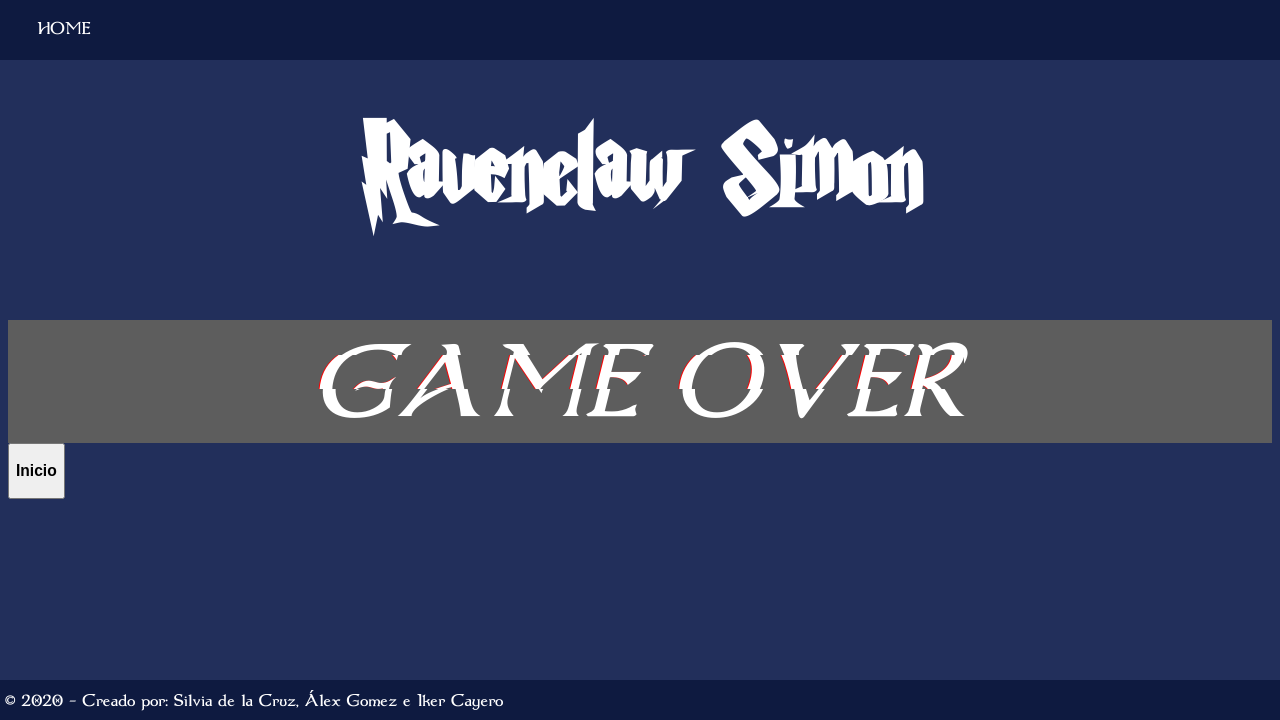
Repository: alexgomezdev/RavenclawSimon
Page: http://localhost/gameOver.php
An editor plug-in stored every save of this project. The page is shown before and after the next save, followed by the edit.
The browser window is 1280 px wide. The pictures show the whole page.
The page is run by PHP 8.4 with error messages shown; the project is at /var/www/html/.

Above is the page before, as saved 2020-10-23 17:38:11.
Console error: SyntaxError: Unexpected token '}'

### gameOver.php
<!DOCTYPE html>
<html>
<head>
    <meta charset="UTF-8">
    <title>Ravenclaw Simon</title>
    <link rel="stylesheet" href="templates/gameOver.css">
    <link rel="stylesheet" href="templates/general.css">
</head>
<body>
    <header>
        <div id="home_link_div">
            <a href="index.php" id="home_link">HOME</a>
        </div>
    </header>
    <main>
        <div id="title">
            <h1>Ravenclaw Simon</h1>
        </div>
        <div class="container">
            <div id="scroll">
                <div class="message" data-text="GAME OVER">GAME OVER</div>
            </div>
        </div>
        <div id="button_div">
            <button id="button_play"><h3>Inicio</h3></button>
        </div>
    </main>
    <footer>
        <div id="footer_content">
            &#0169 2020 - Creado por: Silvia de la Cruz, Álex Gomez e Iker Cayero
        </div>
    </footer>
	<script type="text/javascript" src="main.js"></script>
</body>
</html>

### templates/gameOver.css
@font-face {
  font-family: "Dumbledore";
  src: url("../templates/typography/dumbledor.1.ttf") format("truetype");
}

.container {
  text-align: center;
}

#scroll {
  background-color: #5d5d5d;
}

.message {
  font-style: italic;
  font-size: 120px;
  font-family: "Dumbledore";
  text-align: center;
  color: #ffffff;
  position: relative;
  width: 800px;
  margin: 0 auto;
}

.message:after {
  content: attr(data-text);
  position: absolute;
  left: 70px;
  text-shadow: -1px 0 red;
  top: 0;
  color: white;
  background: #5d5d5d;
  overflow: hidden;
  clip: rect(0, 900px, 0, 0);
  animation: noise-anim 2s infinite linear alternate-reverse;
  text-align: center;
}

.message:before {
  content: attr(data-text);
  position: absolute;
  left: 80px;
  text-shadow: 1px 0 blue;
  top: 0;
  color: red;
  background: #5d5d5d;
  overflow: hidden;
  clip: rect(0, 900px, 0, 0);
  animation: noise-anim-2 3s infinite linear alternate-reverse;
  text-align: center;
}

@keyframes noise-anim {
  0% {
    clip: rect(51px, 9999px, 28px, 0);
  }
  5% {
    clip: rect(70px, 9999px, 19px, 0);
  }
  10% {
    clip: rect(92px, 9999px, 13px, 0);
  }
  15% {
    clip: rect(85px, 9999px, 49px, 0);
  }
  20% {
    clip: rect(45px, 9999px, 56px, 0);
  }
  25% {
    clip: rect(26px, 9999px, 31px, 0);
  }
  30% {
    clip: rect(62px, 9999px, 73px, 0);
  }
  35% {
    clip: rect(34px, 9999px, 11px, 0);
  }
  40% {
    clip: rect(26px, 9999px, 61px, 0);
  }
  45% {
    clip: rect(34px, 9999px, 71px, 0);
  }
  50% {
    clip: rect(35px, 9999px, 69px, 0);
  }
  55% {
    clip: rect(92px, 9999px, 81px, 0);
  }
  60% {
    clip: rect(26px, 9999px, 85px, 0);
  }
  65% {
    clip: rect(2px, 9999px, 68px, 0);
  }
  70% {
    clip: rect(54px, 9999px, 79px, 0);
  }
  75% {
    clip: rect(35px, 9999px, 85px, 0);
  }
  80% {
    clip: rect(70px, 9999px, 60px, 0);
  }
  85% {
    clip: rect(32px, 9999px, 26px, 0);
  }
  90% {
    clip: rect(94px, 9999px, 53px, 0);
  }
  95% {
    clip: rect(99px, 9999px, 92px, 0);
  }
  100% {
    clip: rect(42px, 9999px, 27px, 0);
  }
}

@keyframes noise-anim-2 {
  0% {
    clip: rect(21px, 9999px, 49px, 0);
  }
  5% {
    clip: rect(27px, 9999px, 52px, 0);
  }
  10% {
    clip: rect(21px, 9999px, 70px, 0);
  }
  15% {
    clip: rect(65px, 9999px, 25px, 0);
  }
  20% {
    clip: rect(24px, 9999px, 10px, 0);
  }
  25% {
    clip: rect(61px, 9999px, 64px, 0);
  }
  30% {
    clip: rect(34px, 9999px, 47px, 0);
  }
  35% {
    clip: rect(46px, 9999px, 93px, 0);
  }
  40% {
    clip: rect(46px, 9999px, 9px, 0);
  }
  45% {
    clip: rect(67px, 9999px, 36px, 0);
  }
  50% {
    clip: rect(72px, 9999px, 20px, 0);
  }
  55% {
    clip: rect(79px, 9999px, 26px, 0);
  }
  60% {
    clip: rect(13px, 9999px, 87px, 0);
  }
  65% {
    clip: rect(10px, 9999px, 25px, 0);
  }
  70% {
    clip: rect(85px, 9999px, 11px, 0);
  }
  75% {
    clip: rect(94px, 9999px, 35px, 0);
  }
  80% {
    clip: rect(50px, 9999px, 86px, 0);
  }
  85% {
    clip: rect(74px, 9999px, 67px, 0);
  }
  90% {
    clip: rect(1px, 9999px, 40px, 0);
  }
  95% {
    clip: rect(3px, 9999px, 48px, 0);
  }
  100% {
    clip: rect(90px, 9999px, 23px, 0);
  }
}

### templates/general.css
@font-face {
  font-family: "Harry_Potter";
  src: url("../templates/typography/HARRYP.TTF") format("truetype");
}

@font-face {
  font-family: "Dumbledore";
  src: url("../templates/typography/dumbledor.1.ttf") format("truetype");
}

body {
  font-family: "Dumbledore";
  background-color: #222f5b;
}

header {
  background-color: #0e1a40;
  top: 0;
  left: 0;
  position: absolute;
  width: 100%;
  height: 60px;
  display: inline;
}

#home_link_div {
  text-align: center;
  width: 10%;
  height: 90%;
}

#home_link {
  display: flex;
  justify-content: center;
  align-items: center;
  color: #ffffff;
  font-size: 20px;
  text-decoration: none;
  height: 60%;
  margin-top: 9%;
  margin-bottom: 10%;
}

#title {
  color: #ffffff;
  font-family: "Harry_Potter";
  font-size: 60px;
  width: 100%;
  text-align: center;
  margin-top: 120px;
}

main {
  width: 100%;
}

footer {
  color: #ffffff;
  background-color: #0e1a40;
  bottom: 0;
  left: 0;
  position: absolute;
  width: 100%;
  height: 30px;
  display: flex;
  padding-top: 10px;
}

#footer_content {
  margin-left: 5px;
  color: #ffffff;
  font-size: 20px;
  vertical-align: center;
  height: 60%;
}

### main.js
function Scroll(nombre) {
    this.id= nombre;
    this.avanza = avanza;
    this.anchoContenedor = document.getElementById(this.id).parentNode.offsetWidth;
    document.getElementById(this.id).parentNode.style.overflow="hidden";
    document.getElementById(this.id).parentNode.style.whiteSpace="nowrap";
    document.getElementById(this.id).parentNode.style.textIndent="0px";
    this.el=document.getElementById(this.id).parentNode;
    this.xo=this.el.getElementByTagName('span');
    this.contenido=this.as[0].innerHTML;
    this.anchoTexto=this.as[0].offsetWidth;
    this.dif=this.as[0].offsetWidth-this.xo;
}

function avanza(velocidad,modo) {
    this.as[0].parentNode.style.textIndent= ""+this.xo+"px";
    if (this.anchoTexto>this.anchoContenedor) {
        if (modo==0) {
            if (this.xo <=this.dif)
                this.as[0].innerHTML=this.contenido+this.contenido
                if (this.xo<=-this.dif-this.anchoContenedor)
                {
                  this.as[0].innerHTML=this.contenido;
                  this.xo=0;
                }
             }

           if (modo==1)
             if (this.xo<=-this.dif-this.anchoContenedor)
               this.xo=this.anchoContenedor;

           if (modo==2)
             if (this.xo<=-this.dif-this.anchoContenedor)
               {
                 this.xo=this.xo-velocidad;
                 velocidad=0;
               }
         }
       else
         {
           if (modo!=2)
             if (this.xo<=-this.anchoTexto)
               this.xo=this.anchoContenedor;
             else
               if (this.xo<=-this.anchoTexto)
                 {
                   this.xo=this.xo-velocidad;
                   velocidad=0;
                 }
         }
       this.xo=this.xo-velocidad;
     }

   window.onload=function()
     {
       var scroll1= new Scroll('congrats');
       window.setInterval( function (){ scroll1.avanza(5,0) }, 10 );
       // 5=salto o velocidad en pixels, 10=msg.
     }
        }
    }
}

After the next save:
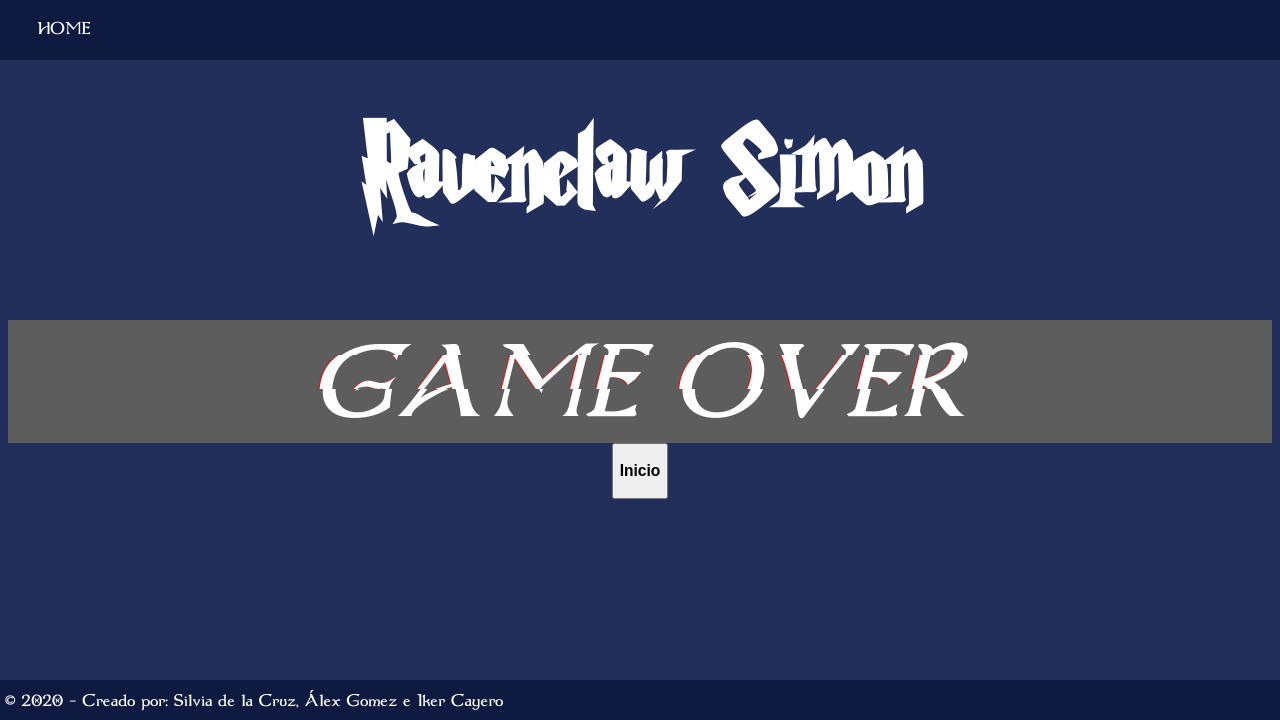
Saved 20 s later.
--- a/templates/gameOver.css
+++ b/templates/gameOver.css
@@ -3,7 +3,7 @@
   src: url("../templates/typography/dumbledor.1.ttf") format("truetype");
 }
 
-.container {
+main {
   text-align: center;
 }
 
